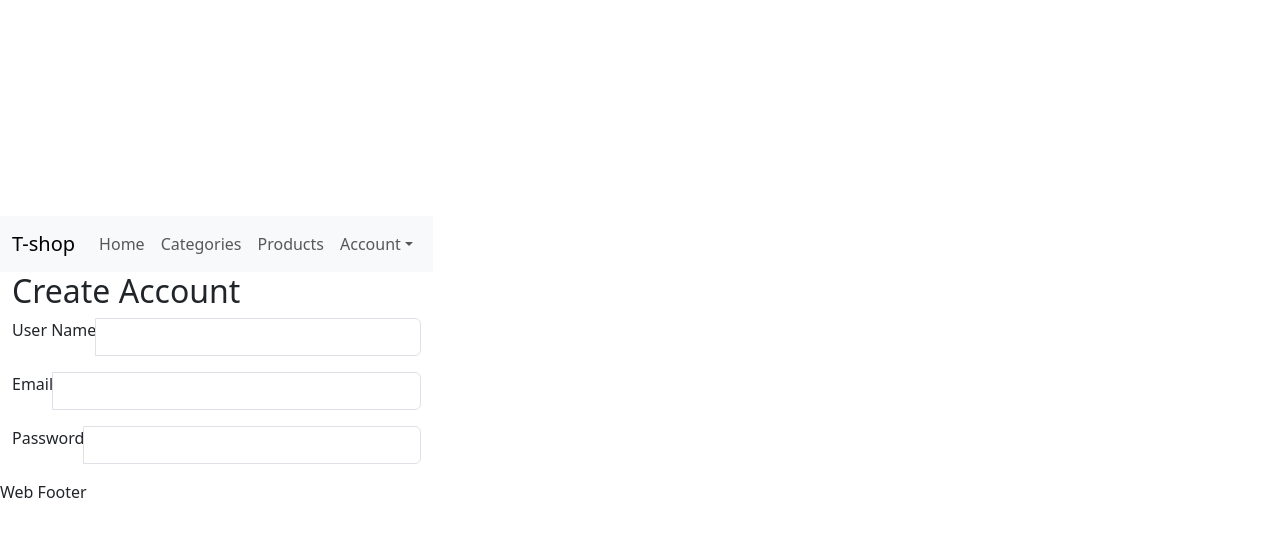
Repository: HadelAbdellatif/ecommerce1
Page: /register
An editor plug-in stored every save of this project. The page is shown before and after the next save, followed by the edit.
The browser window is 1280 px wide. The pictures show the whole page.
The project was rebuilt for these pictures with package versions that can differ from the ones it lists, and the page was loaded fresh each time. Also part of the build but not shown: vite.config.js, src/components/web/home/Home.jsx, src/components/web/categories/Categories.jsx, src/components/dashboard/navbar/Navbar.jsx, src/components/dashboard/footer/Footer.jsx, src/layouts/DashboardLayout.jsx, src/components/dashboard/home/Home.jsx, src/components/dashboard/categories/Categories.jsx.

Above is the page before, as saved 2023-11-20 20:12:53.

After the next save:
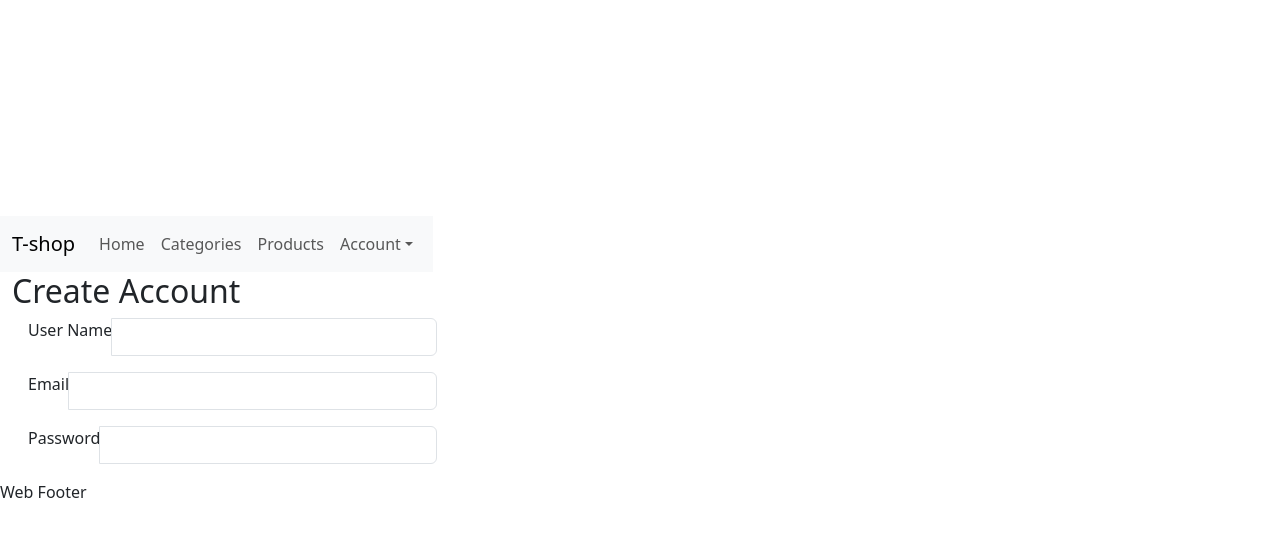
Saved 9 s later.
--- a/src/components/shared/Input.jsx
+++ b/src/components/shared/Input.jsx
@@ -3,7 +3,7 @@
 export default function Input({ id, title, type = 'text', name }) {
     return (
         <>
-            <div className="input-group mb-3 m">
+            <div className="input-group mb-3 ms-3">
                 <label htmlFor={id}>{title}</label>
                 <input type={type} name={name} className="form-control" id={id} />
             </div>

After the 3 saves that followed:
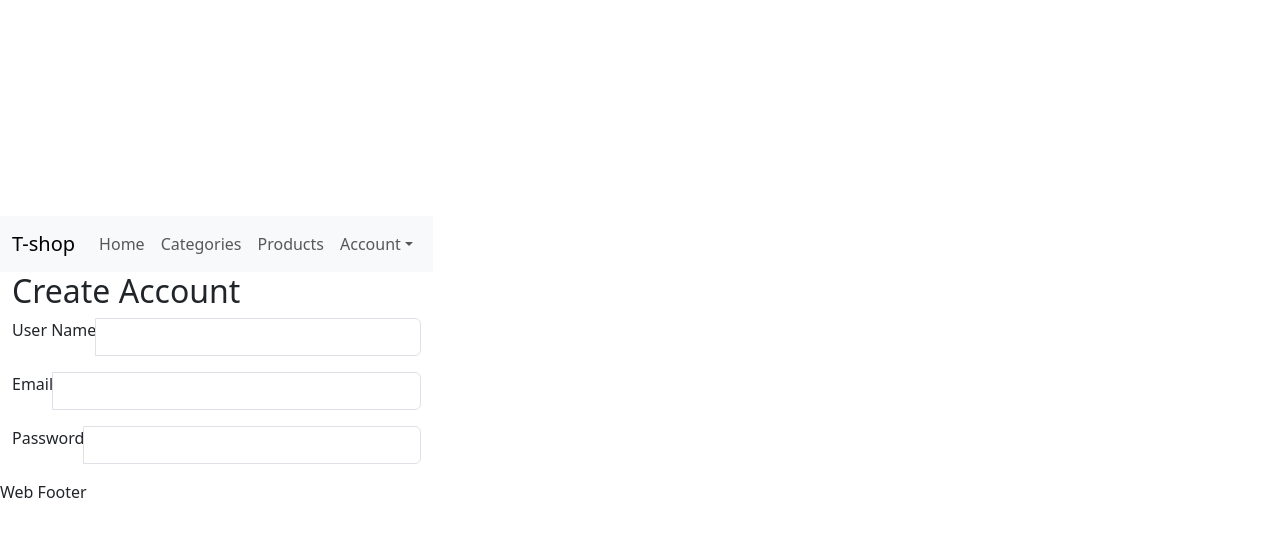
The 3 saves are shown as one change because 1 left the picture as it was and some came seconds apart.
The last was saved 30 s later.
--- a/src/components/web/register/Register.jsx
+++ b/src/components/web/register/Register.jsx
@@ -26,7 +26,7 @@ export default function Register() {
     ];
 
     const renderInputs = inputs.map((input, index) =>
-        <Input type={input.type} id={input.id} name={input.name} title={input.title} />
+        <Input type={input.type} id={input.id} name={input.name} title={input.title} key={index} />
     )
 
 
--- a/src/components/shared/Input.jsx
+++ b/src/components/shared/Input.jsx
@@ -3,7 +3,7 @@
 export default function Input({ id, title, type = 'text', name }) {
     return (
         <>
-            <div className="input-group mb-3 ms-3">
+            <div className="input-group mb-3">
                 <label htmlFor={id}>{title}</label>
                 <input type={type} name={name} className="form-control" id={id} />
             </div>
